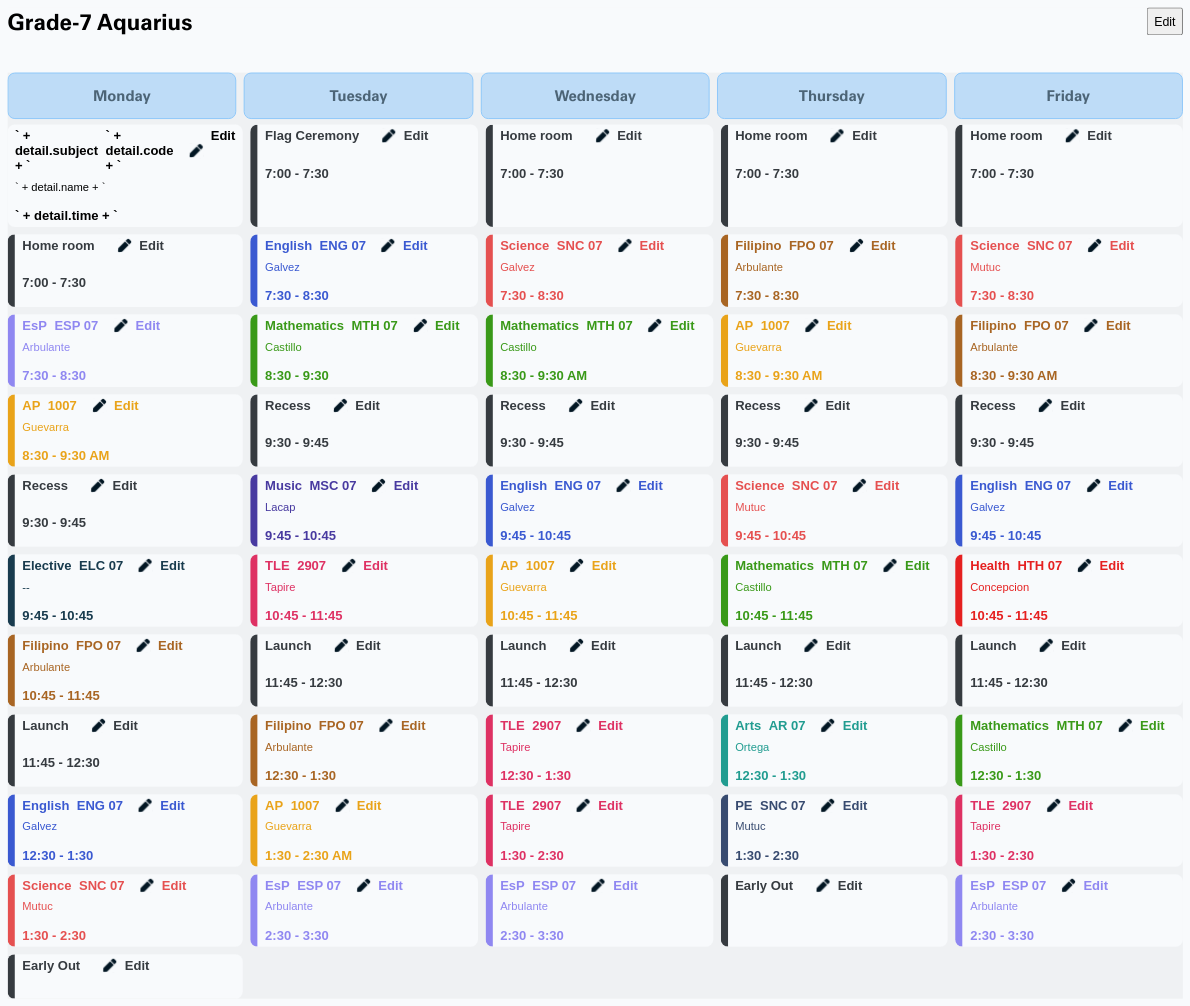
Repository: kentdrlo/prototype
Page: timetable.html
These files come from the project's save history. The page is drawn as it stood at one moment and after the next save; the edit follows.
The browser window is 1280 px wide. The pictures show the whole page, at 93% of full size.
An inner scrolling area shows only its first screen.

Above is the page before, as saved 2025-05-29 09:30:33.

After the next save:
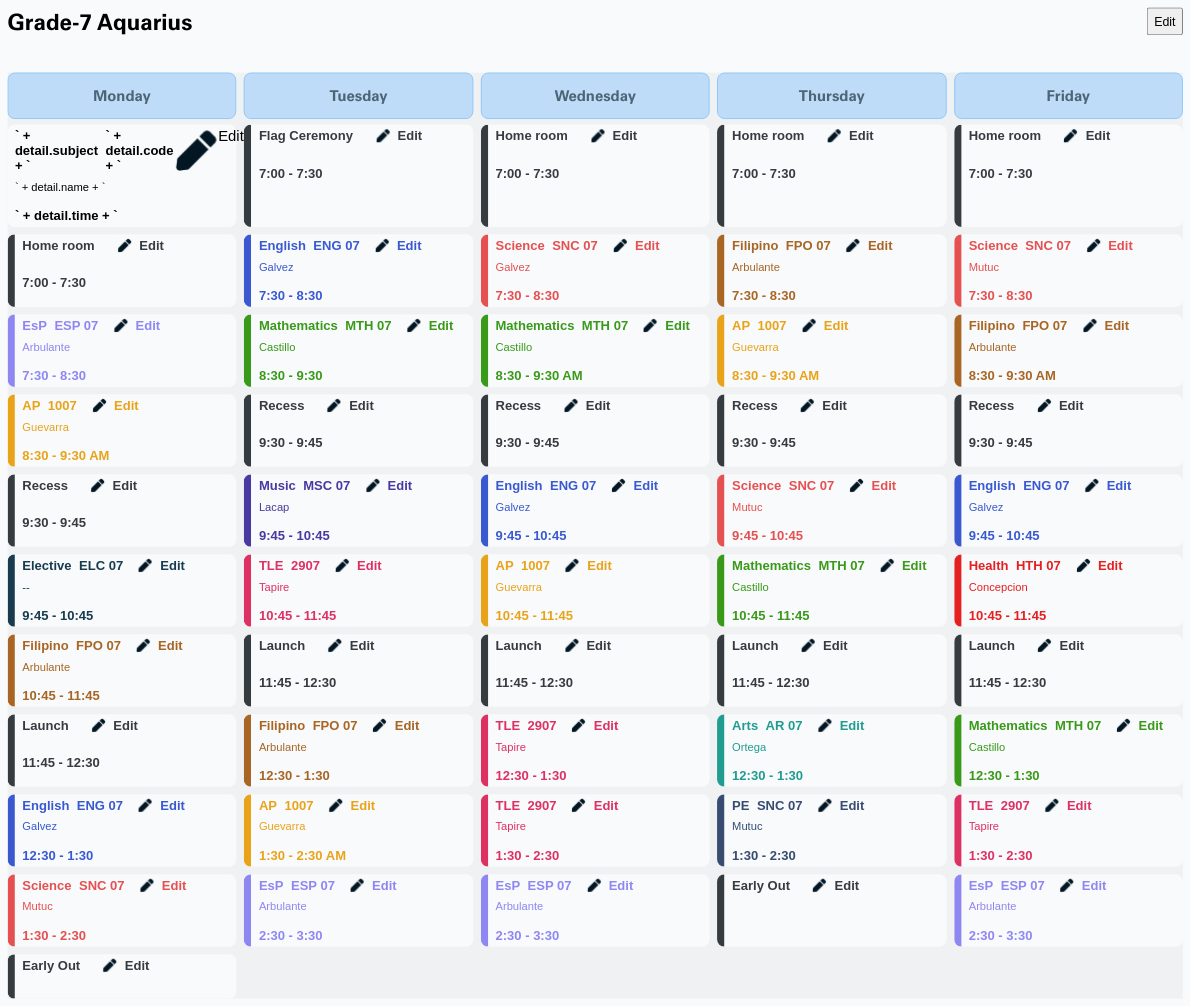
Saved 42 s later.
--- a/timetable.html
+++ b/timetable.html
@@ -25,9 +25,8 @@
                 <div class="subject-detail-wrapper">
                   <div class="subject-name">` + detail.subject + `</div>
                   <div class="subject-code">` + detail.code + `</div>
-                  <div class="edit"></div>
-                  <img src="src/assets/icons/edit.svg" />Edit
                 </div>
+                <img src="src/assets/icons/edit.svg" />Edit
               </div>
               <div class="teacher-name">` + detail.name + `</div>
             </div>

After the save that followed:
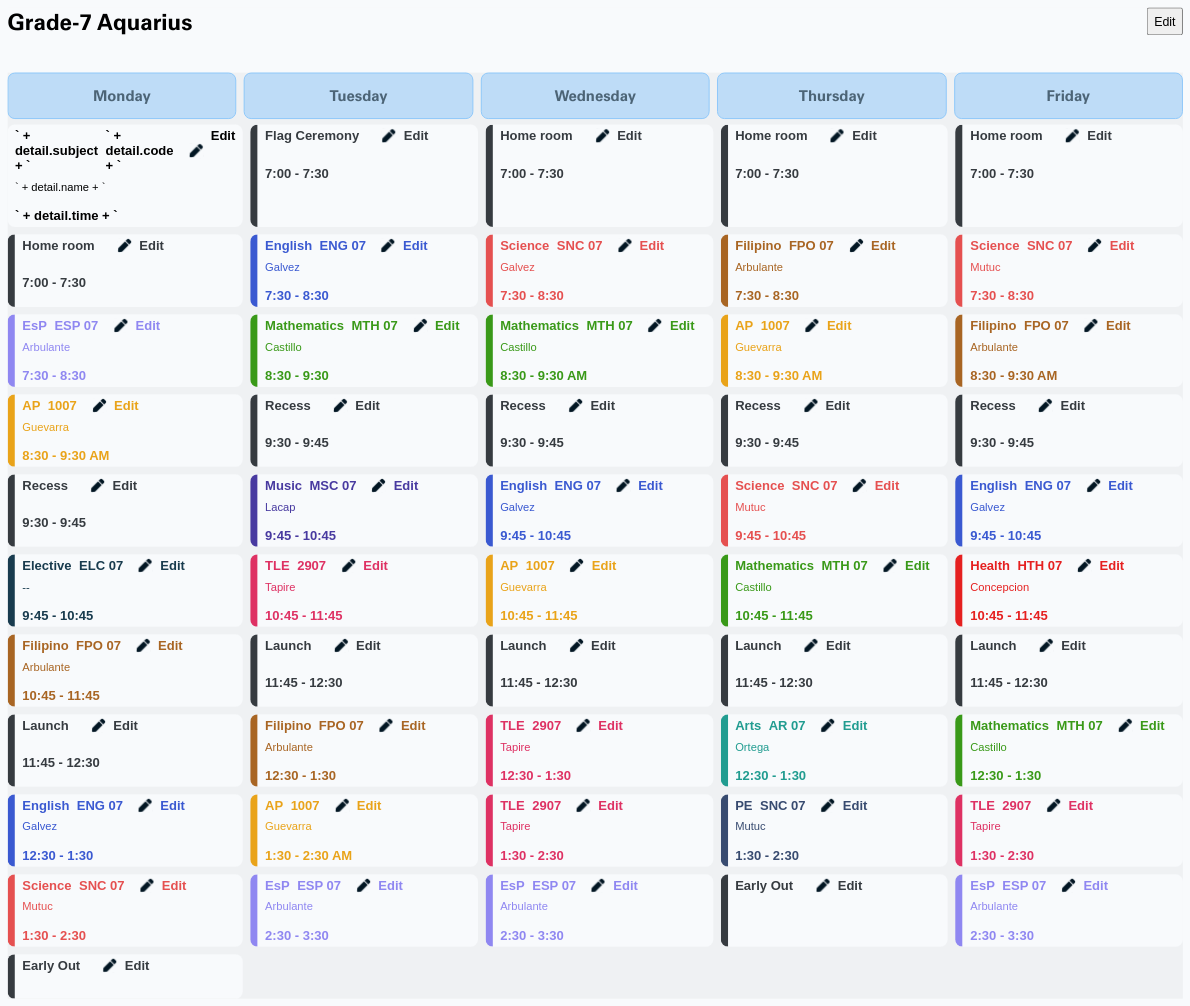
Saved 8 s later.
--- a/timetable.html
+++ b/timetable.html
@@ -25,8 +25,9 @@
                 <div class="subject-detail-wrapper">
                   <div class="subject-name">` + detail.subject + `</div>
                   <div class="subject-code">` + detail.code + `</div>
+                  <div class="edit"></div>
+                  <img src="src/assets/icons/edit.svg" />Edit
                 </div>
-                <img src="src/assets/icons/edit.svg" />Edit
               </div>
               <div class="teacher-name">` + detail.name + `</div>
             </div>
